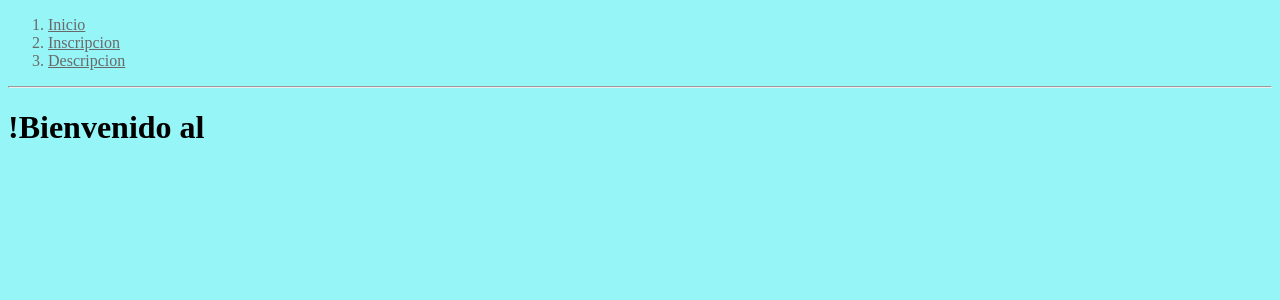
Repository: Arito05/Mi-primer-Repositorio
Page: nuevo/inicio.html
These files come from the project's save history. The page is drawn as it stood at one moment and after the next save; the edit follows.
The browser window is 1280 px wide. The pictures show the whole page.

Above is the page before, as saved 2024-07-20 11:24:29.

### nuevo/inicio.html
<!DOCTYPE html>
<html lang="en">
  <head>
    <meta charset="UTF-8" />
    <meta name="viewport" content="width=device-width, initial-scale=1.0" />
    <title>Arianna</title>
    <style>
      body {
        background-color: rgb(150, 245, 247);
      }
    </style>
  </head>
  <body>
    <ol style="color: dimgrey">
      <li><a href="inicio.html" style="color: dimgrey">Inicio</a></li>
      <li><a href="inscripcion.html" style="color: dimgrey">Inscripcion</a></li>
      <li>
        <a href="zdescripcion.html" style="color: dimgrey">Descripcion</a>
      </li>
    </ol>
    <hr style="color: white" />

    <h1>!Bienvenido al </h1>
  </body>
</html>

After the next save:
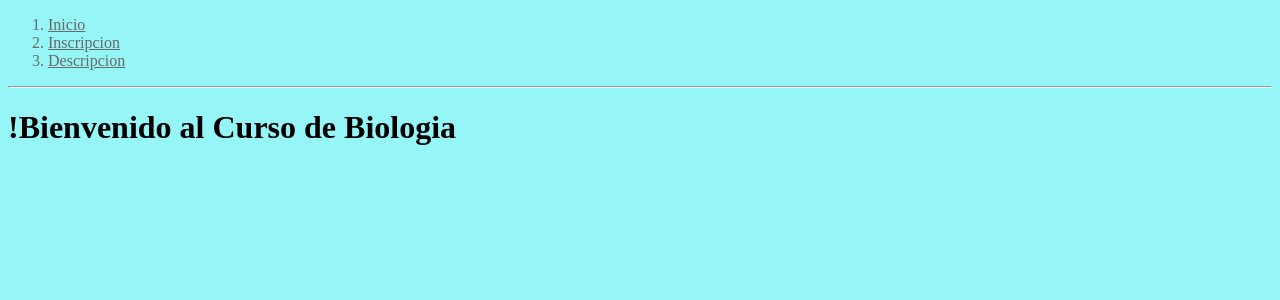
Saved 11 s later.
--- a/nuevo/inicio.html
+++ b/nuevo/inicio.html
@@ -20,6 +20,6 @@
     </ol>
     <hr style="color: white" />
 
-    <h1>!Bienvenido al </h1>
+    <h1>!Bienvenido al Curso de Biologia</h1>
   </body>
 </html>
